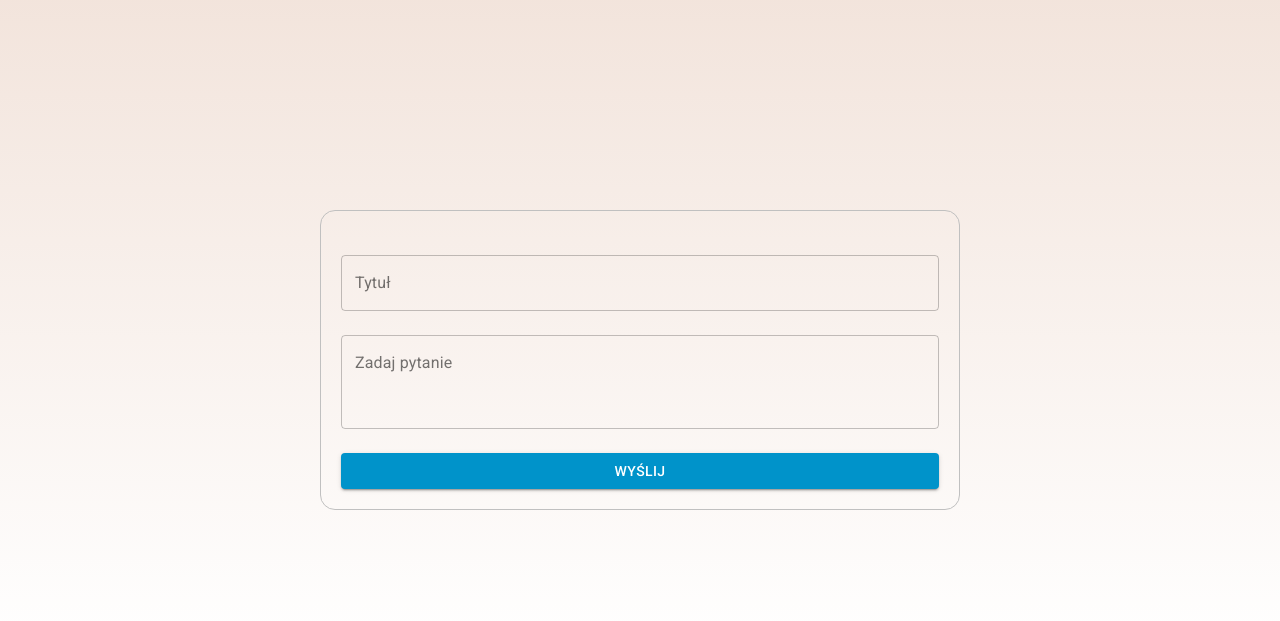
Repository: piotr-bocian/Projekt-5
Page: /
An editor plug-in stored every save of this project. The page is shown before and after a run of saves, followed by the edit.
The browser window is 1280 px wide. The pictures show the whole page.
The project was rebuilt for these pictures with package versions that can differ from the ones it lists, and the page was loaded fresh each time.

Above is the page before, as saved 2021-03-22 18:02:04.

After the next 8 saves:
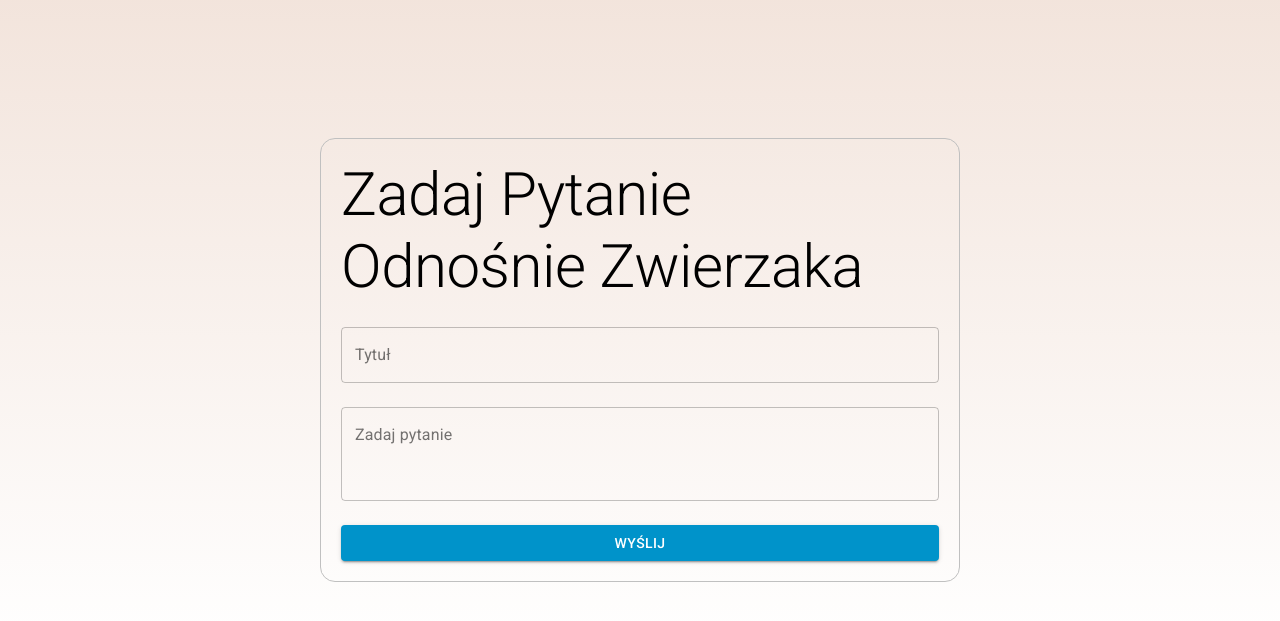
The 8 saves are shown as one change because they came seconds apart.
The last was saved 20 s later.
--- a/src/components/Organisms/AdotpionForm/AdotpionForm.js
+++ b/src/components/Organisms/AdotpionForm/AdotpionForm.js
@@ -26,7 +26,7 @@ const AdotpionForm = () => {
         <form className="form" onSubmit={sendForm}>
             <Grid container spacing={3}>
                 <Grid item xs={12} sm={12} md={12}>
-                    <Typography variant="h2" ></Typography>
+                    <Typography variant="h2">Zadaj Pytanie Odnośnie Zwierzaka</Typography>
                 </Grid>
                 <Grid item xs={12} sm={12} md={12}>
                     <TextField
